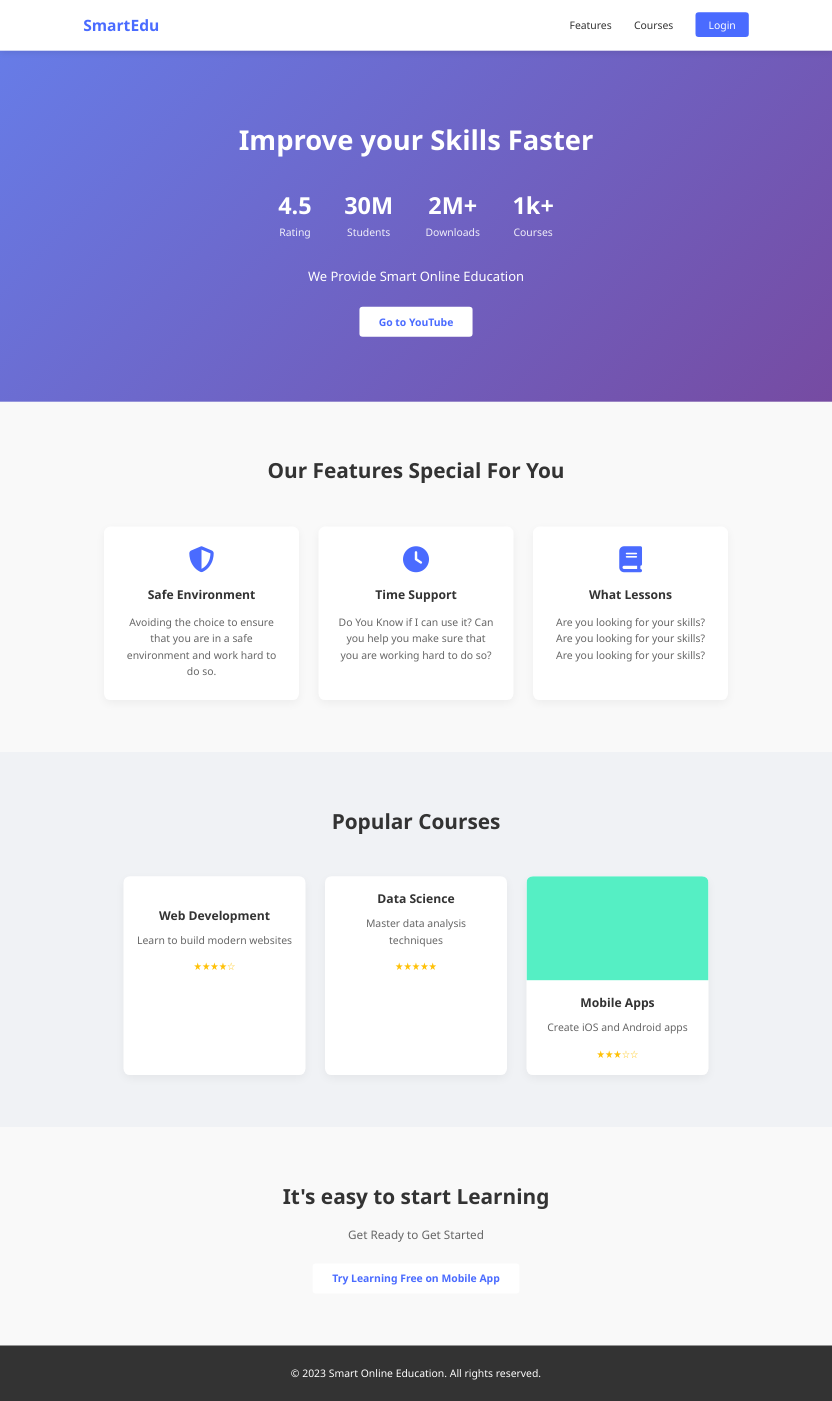
Repository: AhmedHBD/task1
Page: New folder/index.html
These files come from the project's save history. The page is drawn as it stood at one moment and after the next save; the edit follows.
The browser window is 1280 px wide. The pictures show the whole page, at 65% of full size.

Above is the page before, as saved 2025-08-03 08:18:14.
Not found: New folder/img/download.webp

### New folder/index.html
<!DOCTYPE html>
<html lang="en">
<head>
    <meta charset="UTF-8">
    <meta name="viewport" content="width=device-width, initial-scale=1.0">
    <title>Smart Online Education</title>
    <link rel="stylesheet" href="style.css">
    <link rel="stylesheet" href="https://cdnjs.cloudflare.com/ajax/libs/font-awesome/6.4.0/css/all.min.css">
</head>
<body>
    <div id="home-page">

        <header>
            <div class="logo">SmartEdu</div>
            <nav>
                <a href="#">Features</a>
                <a href="#">Courses</a>
                <a href="login.html" class="login-btn">Login</a>
            </nav>
        </header>


        <section class="hero">
            <h1>Improve your Skills Faster</h1>
            <div class="stats">
                <div class="stat-item">
                    <span class="stat-number">4.5</span>
                    <span class="stat-label">Rating</span>
                </div>
                <div class="stat-item">
                    <span class="stat-number">30M</span>
                    <span class="stat-label">Students</span>
                </div>
                <div class="stat-item">
                    <span class="stat-number">2M+</span>
                    <span class="stat-label">Downloads</span>
                </div>
                <div class="stat-item">
                    <span class="stat-number">1k+</span>
                    <span class="stat-label">Courses</span>
                </div>
            </div>
            <p class="hero-subtitle">We Provide Smart Online Education</p>
            <button class="cta-button">Go to YouTube</button>
        </section>


        <section class="features" id="features">
            <h2>Our Features Special For You</h2>
            <div class="feature-container">
                <div class="feature-box">
                    <i class="fas fa-shield-alt"></i>
                    <h3>Safe Environment</h3>
                    <p>Avoiding the choice to ensure that you are in a safe environment and work hard to do so.</p>
                </div>
                <div class="feature-box">
                    <i class="fas fa-clock"></i>
                    <h3>Time Support</h3>
                    <p>Do You Know if I can use it? Can you help you make sure that you are working hard to do so?</p>
                </div>
                <div class="feature-box">
                    <i class="fas fa-book"></i>
                    <h3>What Lessons</h3>
                    <p>Are you looking for your skills? Are you looking for your skills? Are you looking for your skills?</p>
                </div>
            </div>
        </section>


        <section class="courses" id="courses">
            <h2>Popular Courses</h2>
            <div class="course-container">
                <div class="course-card">
                    <!-- <div class="course-img" style="background-color: #ff7675;"></div> -->
                    <img src="img/download.webp" alt="">
                    <h3>Web Development</h3>
                    <p>Learn to build modern websites</p>
                    <div class="course-rating">★★★★☆</div>
                </div>
                <div class="course-card">
                    <!-- <div class="course-img" style="background-color: #74b9ff;"></div> -->
                    <h3>Data Science</h3>
                    <p>Master data analysis techniques</p>
                    <div class="course-rating">★★★★★</div>
                </div>
                <div class="course-card">
                    <div class="course-img" style="background-color: #55efc4;"></div>
                    <h3>Mobile Apps</h3>
                    <p>Create iOS and Android apps</p>
                    <div class="course-rating">★★★☆☆</div>
                </div>
            </div>
        </section>


        <section class="cta">
            <h2>It's easy to start Learning</h2>
            <p>Get Ready to Get Started</p>
            <button class="cta-button">Try Learning Free on Mobile App</button>
        </section>

        <footer>
            <p>&copy; 2023 Smart Online Education. All rights reserved.</p>
        </footer>
    </div>
</body>
</html>

### New folder/style.css
* {
    margin: 0;
    padding: 0;
    box-sizing: border-box;
    font-family: 'Segoe UI', Tahoma, Geneva, Verdana, sans-serif;
}

body {
    background-color: #f9f9f9;
    color: #333;
    line-height: 1.6;
}

header {
    display: flex;
    justify-content: space-between;
    align-items: center;
    padding: 20px 10%;
    background-color: white;
    box-shadow: 0 2px 10px rgba(0, 0, 0, 0.1);
    position: fixed;
    width: 100%;
    top: 0;
    z-index: 1000;
}

.logo {
    font-size: 24px;
    font-weight: bold;
    color: #4a6bff;
}

nav a {
    margin-left: 30px;
    text-decoration: none;
    color: #333;
    font-weight: 500;
}

nav a:hover {
    color: #4a6bff;
}

.login-btn {
    background-color: #4a6bff;
    color: white;
    padding: 8px 20px;
    border-radius: 5px;
    transition: background-color 0.3s;
}

.login-btn:hover {
    background-color: #3a5bef;
    color: white;
}


.hero {
    text-align: center;
    padding: 180px 20px 100px;
    background: linear-gradient(135deg, #667eea 0%, #764ba2 100%);
    color: white;
}

.hero h1 {
    font-size: 42px;
    margin-bottom: 30px;
}

.stats {
    display: flex;
    justify-content: center;
    gap: 50px;
    margin: 40px 0;
}

.stat-item {
    display: flex;
    flex-direction: column;
}

.stat-number {
    font-size: 36px;
    font-weight: bold;
}

.stat-label {
    font-size: 16px;
    opacity: 0.9;
}

.hero-subtitle {
    font-size: 20px;
    margin-bottom: 30px;
}

.cta-button {
    background-color: white;
    color: #4a6bff;
    border: none;
    padding: 12px 30px;
    font-size: 16px;
    font-weight: bold;
    border-radius: 5px;
    cursor: pointer;
    transition: all 0.3s;
}

.cta-button:hover {
    background-color: #f0f0f0;
    transform: translateY(-2px);
}


.features {
    padding: 80px 10%;
    text-align: center;
}

.features h2 {
    font-size: 32px;
    margin-bottom: 60px;
    color: #333;
}

.feature-container {
    display: flex;
    justify-content: center;
    gap: 30px;
    flex-wrap: wrap;
}

.feature-box {
    background-color: white;
    padding: 30px;
    border-radius: 10px;
    width: 300px;
    box-shadow: 0 5px 15px rgba(0, 0, 0, 0.05);
    transition: transform 0.3s;
}

.feature-box:hover {
    transform: translateY(-10px);
}

.feature-box i {
    font-size: 40px;
    color: #4a6bff;
    margin-bottom: 20px;
}

.feature-box h3 {
    margin-bottom: 15px;
    color: #333;
}

.feature-box p {
    color: #666;
}


.courses {
    padding: 80px 10%;
    background-color: #f0f2f5;
    text-align: center;
}

.courses h2 {
    font-size: 32px;
    margin-bottom: 60px;
    color: #333;
}

.course-container {
    display: flex;
    justify-content: center;
    gap: 30px;
    flex-wrap: wrap;
}

.course-card {
    background-color: white;
    border-radius: 10px;
    overflow: hidden;
    width: 280px;
    box-shadow: 0 5px 15px rgba(0, 0, 0, 0.05);
    transition: transform 0.3s;
}

.course-card:hover {
    transform: translateY(-10px);
}

.course-img {
    height: 160px;
    width: 100%;
}

.course-card h3 {
    margin: 20px 0 10px;
    padding: 0 20px;
}

.course-card p {
    color: #666;
    padding: 0 20px;
    margin-bottom: 15px;
}

.course-rating {
    padding: 0 20px 20px;
    color: #ffc107;
}


.cta {
    text-align: center;
    padding: 80px 20px;
}

.cta h2 {
    font-size: 32px;
    margin-bottom: 20px;
    color: #333;
}

.cta p {
    font-size: 18px;
    margin-bottom: 30px;
    color: #666;
}


footer {
    text-align: center;
    padding: 30px;
    background-color: #333;
    color: white;
}


.login-page {
    display: flex;
    justify-content: center;
    align-items: center;
    min-height: 100vh;
    padding: 20px;
    background-color: #f0f2f5;
}

.login-container {
    background-color: white;
    padding: 40px;
    border-radius: 10px;
    box-shadow: 0 5px 15px rgba(0, 0, 0, 0.1);
    width: 100%;
    max-width: 400px;
}

.login-container h2 {
    text-align: center;
    margin-bottom: 30px;
    color: #333;
}

.login-form .form-group {
    margin-bottom: 20px;
}

.login-form label {
    display: block;
    margin-bottom: 8px;
    font-weight: 500;
}

.login-form input {
    width: 100%;
    padding: 12px 15px;
    border: 1px solid #ddd;
    border-radius: 5px;
    font-size: 16px;
}

.login-form input:focus {
    outline: none;
    border-color: #4a6bff;
}

.login-submit {
    width: 100%;
    padding: 12px;
    background-color: #4a6bff;
    color: white;
    border: none;
    border-radius: 5px;
    font-size: 16px;
    font-weight: bold;
    cursor: pointer;
    transition: background-color 0.3s;
}

.login-submit:hover {
    background-color: #3a5bef;
}

.signup-link {
    text-align: center;
    margin-top: 20px;
    color: #666;
}

.signup-link a {
    color: #4a6bff;
    text-decoration: none;
}

After the next save:
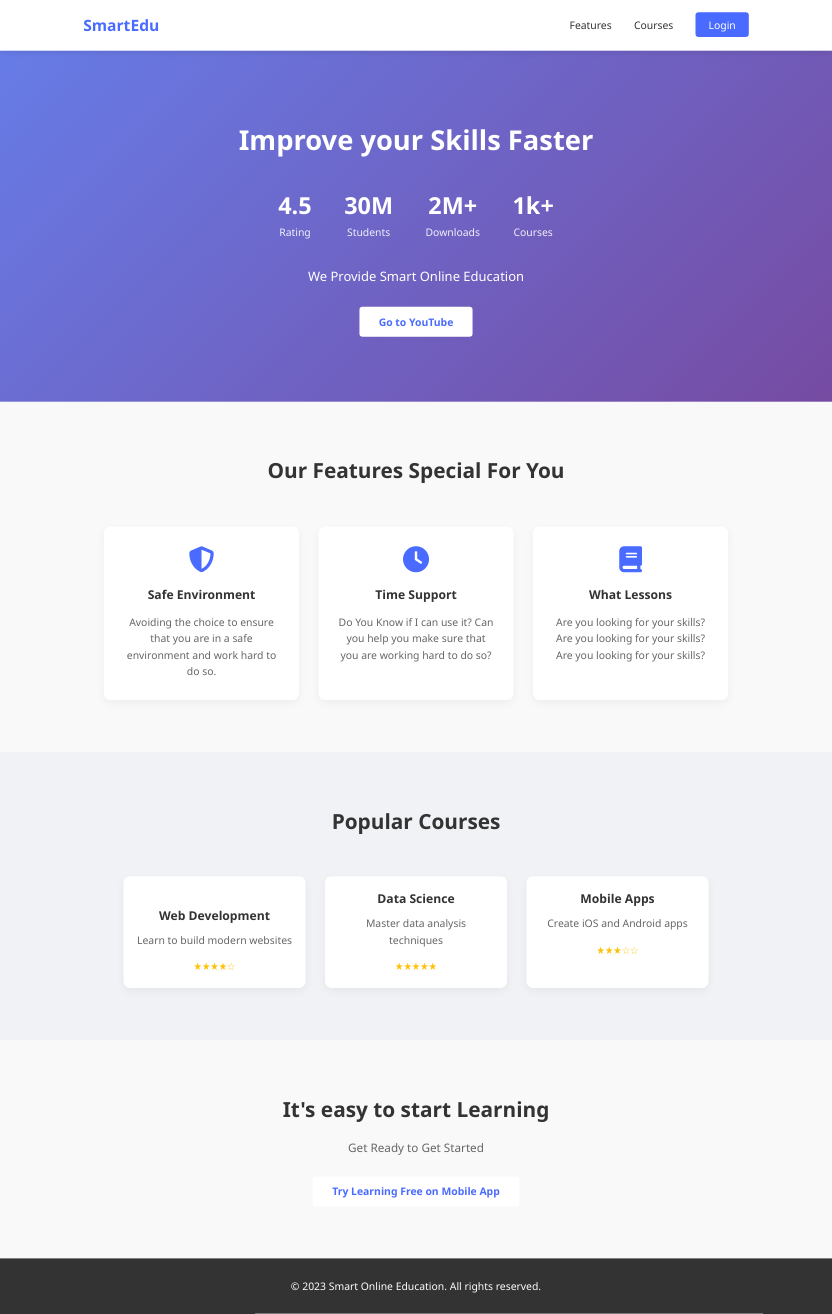
Saved 7 s later.
--- a/New folder/index.html
+++ b/New folder/index.html
@@ -84,7 +84,7 @@
                     <div class="course-rating">★★★★★</div>
                 </div>
                 <div class="course-card">
-                    <div class="course-img" style="background-color: #55efc4;"></div>
+                    <!-- <div class="course-img" style="background-color: #55efc4;"></div> -->
                     <h3>Mobile Apps</h3>
                     <p>Create iOS and Android apps</p>
                     <div class="course-rating">★★★☆☆</div>
